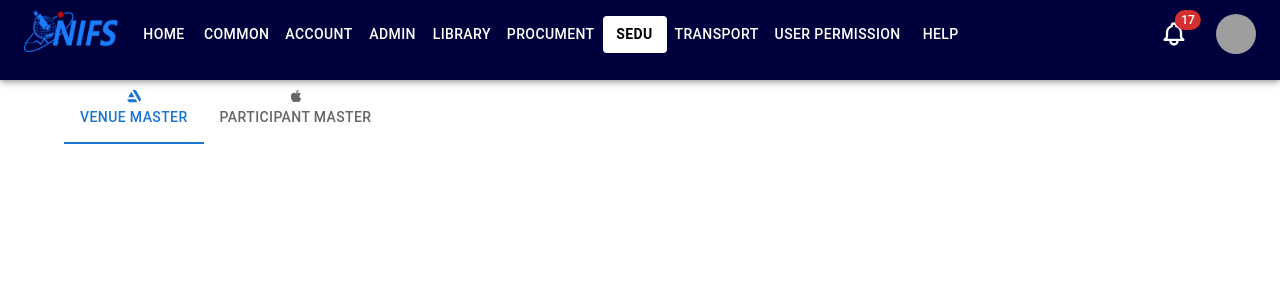
Repository: virangaj/NIFS-WebApp
Page: /sedu (app in client/)
An editor plug-in stored every save of this project. The page is shown before and after the next save, followed by the edit.
The browser window is 1280 px wide. The pictures show the whole page.
Pictures or frames that could not be fetched are drawn as grey boxes. The project was rebuilt for these pictures with package versions that can differ from the ones it lists, and the page was loaded fresh each time. Also part of the build but not shown: client/src/pages/Login.tsx, client/src/pages/Home.tsx, client/src/components/Transport/shared/TransportNavbar.js, client/src/pages/TransportMainPage.tsx, client/src/pages/CommonMainPage.tsx, client/src/pages/AccountMainPage.tsx, client/src/pages/AdminMainPage.tsx, client/src/pages/LibraryMainPage.js and 4 more.

Above is the page before, as saved 2022-07-27 00:10:59.

After the next save:
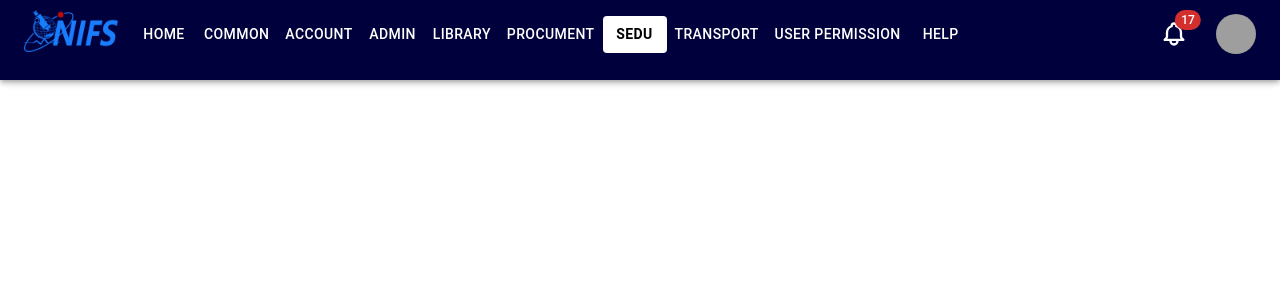
Saved 4 min 34 s later.
--- a/client/src/components/sedu/SeduSecondaryNavbar.tsx
+++ b/client/src/components/sedu/SeduSecondaryNavbar.tsx
@@ -1,21 +1,12 @@
 import { Box } from '@mui/material'
 import React from 'react'
-import Tabs from '@mui/material/Tabs';
-import Tab from '@mui/material/Tab';
+
 import { FaArtstation, FaApple, FaAppStoreIos } from "react-icons/fa";
 function SeduSecondaryNavbar() {
-    const [value, setValue] = React.useState(0);
 
-    const handleChange = (event: React.SyntheticEvent, newValue: number) => {
-        setValue(newValue);
-    };
     return (
         <Box sx={{ width: '90%' }} className="secondary-navbar">
-            <Tabs value={value} onChange={handleChange} aria-label="icon label tabs example">
-                <Tab icon={<FaArtstation />} label="Venue Master" />
-                <Tab icon={<FaApple />} label="Participant Master" />
 
-            </Tabs>
 
         </Box>
     )
